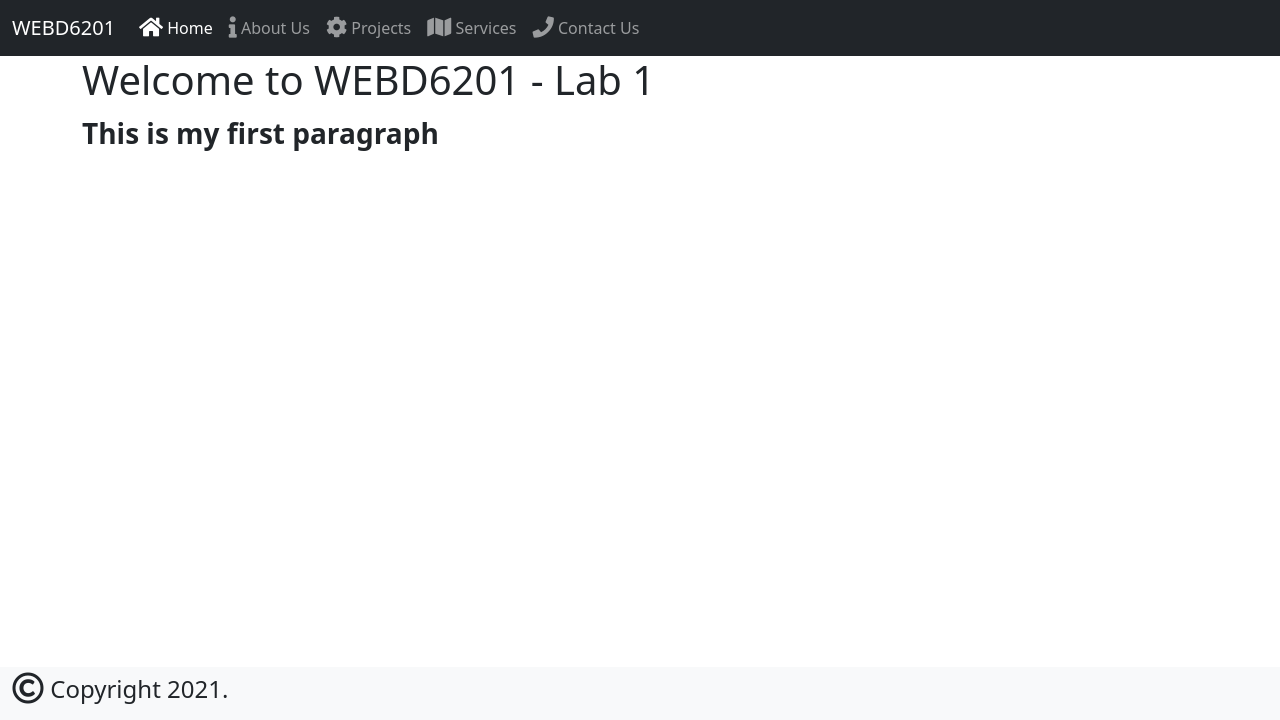
Repository: aphim/Webd6201-wk3
Page: contact.html
These files come from the project's save history. The page is drawn as it stood at one moment and after the next save; the edit follows.
The browser window is 1280 px wide. The pictures show the whole page.

Above is the page before, as saved 2021-01-21 08:49:18.

### contact.html
<!DOCTYPE html>
<html lang="en">
<head>
    <meta charset="UTF-8">
    <meta name="viewport" content="width=device-width, initial-scale=1.0">
    <title>Home</title>
    <!-- CSS Section -->
    <link rel="stylesheet" href="./node_modules/bootstrap/dist/css/bootstrap.min.css">
    <link rel="stylesheet" href="./node_modules/@fortawesome/fontawesome-free/css/all.min.css">
    <link rel="stylesheet" href="./Content/app.css">
</head>
<body>
  <!-- Main Header-->
    <header>
      <!-- Main navigation-->
        <nav class="navbar navbar-expand-lg navbar-dark bg-dark">
            <div class="container-fluid">
              <a class="navbar-brand" href="index.html">WEBD6201</a>
              <button class="navbar-toggler" type="button" data-bs-toggle="collapse" data-bs-target="#navbarSupportedContent" aria-controls="navbarSupportedContent" aria-expanded="false" aria-label="Toggle navigation">
                <span class="navbar-toggler-icon"></span>
              </button>
              <div class="collapse navbar-collapse" id="navbarSupportedContent">
                <ul class="navbar-nav me-auto mb-2 mb-lg-0">
                  <li class="nav-item">
                    <a class="nav-link active" aria-current="page" href="index.html"><i class="fas fa-home fa-lg"></i> Home</a>
                  </li>

                  <li class="nav-item">
                    <a class="nav-link" aria-current="page" href="about.html"><i class="fas fa-info fa-lg"></i> About Us</a>
                  </li>

                  <li class="nav-item">
                    <a class="nav-link" aria-current="page" href="projects.html"><i class="fas fa-cog fa-lg"></i> Projects</a>
                  </li>

                  <li class="nav-item">
                    <a class="nav-link" aria-current="page" href="services.html"><i class="fas fa-map fa-lg"></i> Services</a>
                  </li>

                  <li class="nav-item">
                    <a class="nav-link" aria-current="page" href="contact.html"><i class="fas fa-phone fa-lg"></i> Contact Us</a>
                  </li>
                </ul>
              </div>
            </div>
          </nav>
    </header>

<!--Main Content-->
    <main class="container">
        <h1>Welcome to WEBD 6201</h1>
        <p id="paragraphOne"></p>
    </main>

    <!-- Main footer-->
    <footer>
        <nav class="navbar fixed-bottom navbar-light bg-light">
            <div class="container-fluid">
              <h4><i class="far fa-copyright fa-lg"></i> Copyright 2021.</h4>
            </div>
          </nav>
    </footer>

    <!-- Script Section-->
    <script src="./node_modules/jquery/dist/jquery.min.js"></script>
    <script src="./node_modules/bootstrap/dist/js/bootstrap.bundle.min.js"></script>
    <script src="./Scripts/app.js"></script>
</body>
</html>

### Scripts/app.js
/* custom JavaScript goes here */

//IIFE - Immediately Invoked Function Expression
//AKA - Anonymous Self-Executing Function
//Closure - limits scope leak

"use strict";

(function()
{

    function Start()
    {
        console.log("App Started...");

        let paragraphOneText = "This is a simple site to demonstrate DOM Manipulation for ICE 1";

        //Different ways to select a paragraph element "paragraph one"
        let paragraphOneElement = document.getElementById("paragraphOne");

        //let paragraphOneParagraph = document.getElementsByTagName("p")[0];
        //let paragraphOneQuery = document.querySelector("p");
        //console.log(paragraphOneElement);
        //console.log(paragraphOneParagraph);
        //console.log(paragraphOneQuery);

        paragraphOneElement.textContent = paragraphOneText;
        paragraphOneElement.className = "fs-5";

        // step 1. Create an element
        let newParagraph = document.createElement("p");
        //step 2. configure element
        newParagraph.setAttribute("id", "paragraphTwo");
        newParagraph.textContent = "...And this is paragraph two";
        //Step 3. select the parent element
        let mainContent = document.getElementsByTagName("main")[0];
        //step 4. Add/insert the element
        mainContent.appendChild(newParagraph);

        newParagraph.className = "fs-6";

        //////another way to add an element ///////
        //let paragraphThree =`<p class="fs-7 fw-bold">And this is the Third Paragraph</p>`;
        //mainContent.innerHTML = paragraphThree;

        let paragraphDiv = document.createElement("div");
        let paragraphThree = `<p id="paragraphThree" class="fs-7 fw-bold">And this is the third paragraph</p>`
        paragraphDiv.innerHTML = paragraphThree;

        //insertion before a node
        //newParagraph.before(paragraphDiv);
        newParagraph.after(paragraphDiv);

        //deletions
        //paragraphOneElement.remove();
        mainContent.removeChild(paragraphOneElement);

        //Update / modification of an element
        //mainContent.firstElementChild.textContent = "Welcome Home!";

        mainContent.innerHTML =
        `<h1 id="firstHeading">Welcome to WEBD6201 - Lab 1</h1>
        <p id="paragraphOne" class="fs-3 fw-bold">This is my first paragraph</p>`

    }



    window.addEventListener("load", Start);

})();

Loaded but not shown: node_modules/bootstrap/dist/css/bootstrap.min.css (library); node_modules/@fortawesome/fontawesome-free/css/all.min.css (library); Content/app.css (common file); node_modules/jquery/dist/jquery.min.js (library); node_modules/bootstrap/dist/js/bootstrap.bundle.min.js (library)

After the next save:
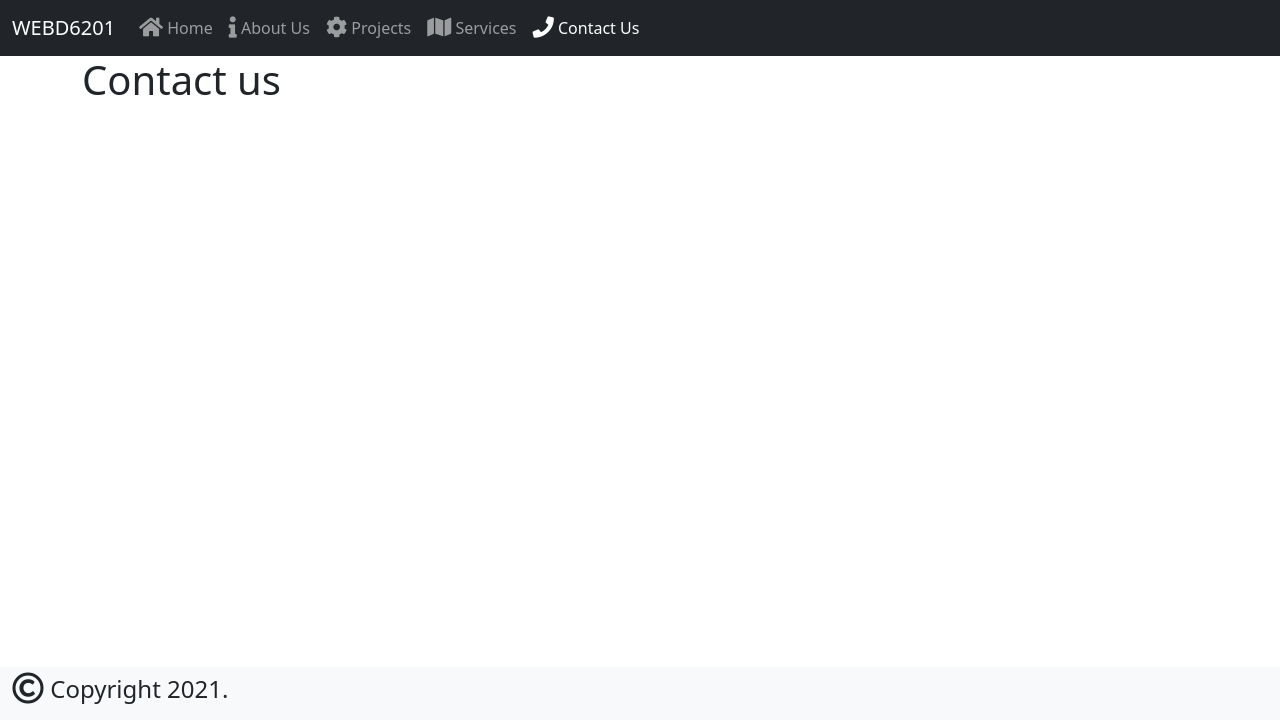
Console error: TypeError: Cannot set properties of null (setting 'textContent')
Saved 44 s later.
--- a/contact.html
+++ b/contact.html
@@ -3,7 +3,7 @@
 <head>
     <meta charset="UTF-8">
     <meta name="viewport" content="width=device-width, initial-scale=1.0">
-    <title>Home</title>
+    <title>Contact</title>
     <!-- CSS Section -->
     <link rel="stylesheet" href="./node_modules/bootstrap/dist/css/bootstrap.min.css">
     <link rel="stylesheet" href="./node_modules/@fortawesome/fontawesome-free/css/all.min.css">
@@ -22,7 +22,7 @@
               <div class="collapse navbar-collapse" id="navbarSupportedContent">
                 <ul class="navbar-nav me-auto mb-2 mb-lg-0">
                   <li class="nav-item">
-                    <a class="nav-link active" aria-current="page" href="index.html"><i class="fas fa-home fa-lg"></i> Home</a>
+                    <a class="nav-link" aria-current="page" href="index.html"><i class="fas fa-home fa-lg"></i> Home</a>
                   </li>
 
                   <li class="nav-item">
@@ -38,7 +38,7 @@
                   </li>
 
                   <li class="nav-item">
-                    <a class="nav-link" aria-current="page" href="contact.html"><i class="fas fa-phone fa-lg"></i> Contact Us</a>
+                    <a class="nav-link active" aria-current="page" href="contact.html"><i class="fas fa-phone fa-lg"></i> Contact Us</a>
                   </li>
                 </ul>
               </div>
@@ -48,8 +48,7 @@
 
 <!--Main Content-->
     <main class="container">
-        <h1>Welcome to WEBD 6201</h1>
-        <p id="paragraphOne"></p>
+        <h1>Contact us</h1>
     </main>
 
     <!-- Main footer-->
